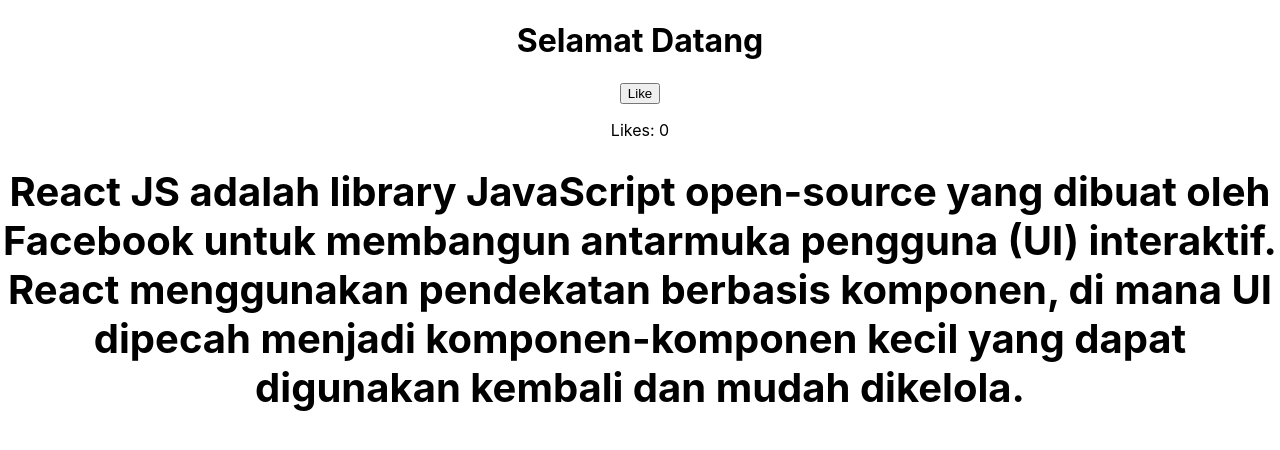
Repository: mfarhannr/Farhan_Quiz_ReactJS
Page: /
The author's editor kept a copy of each file at every save. The page is drawn from the files as they stood at one save, then again after the next save.
The browser window is 1280 px wide. The pictures show the whole page.
The project was rebuilt for these pictures with package versions that can differ from the ones it lists, and the page was loaded fresh each time.

Above is the page before, as saved 2024-05-17 14:33:20.

After the next save:
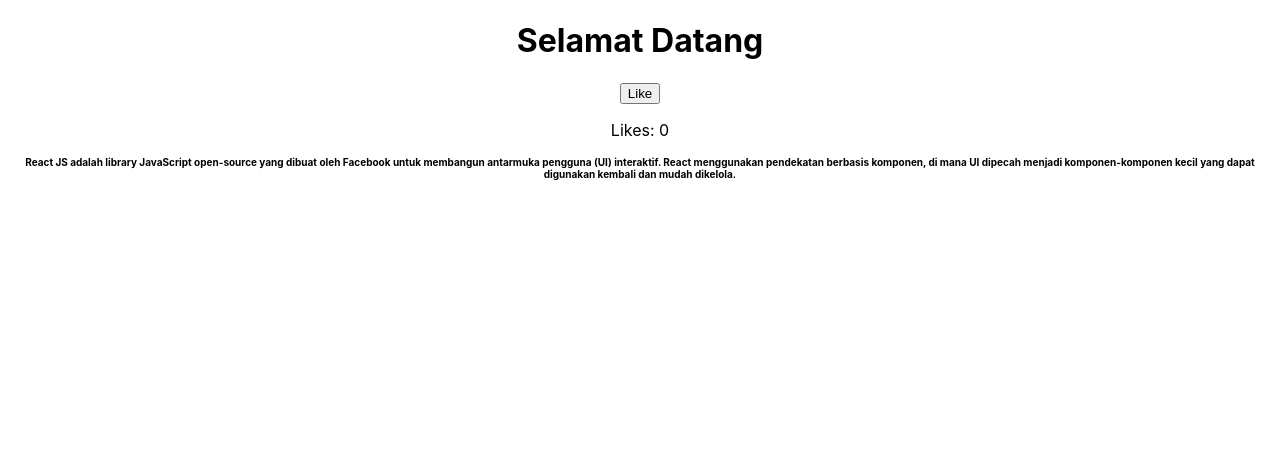
Saved 9 s later.
--- a/src/App.css
+++ b/src/App.css
@@ -3,7 +3,7 @@
 }
 
 .desc {
-  font-size: 20px;
+  font-size: 5px;
 }
 .App-logo {
   height: 40vmin;

After the save that followed:
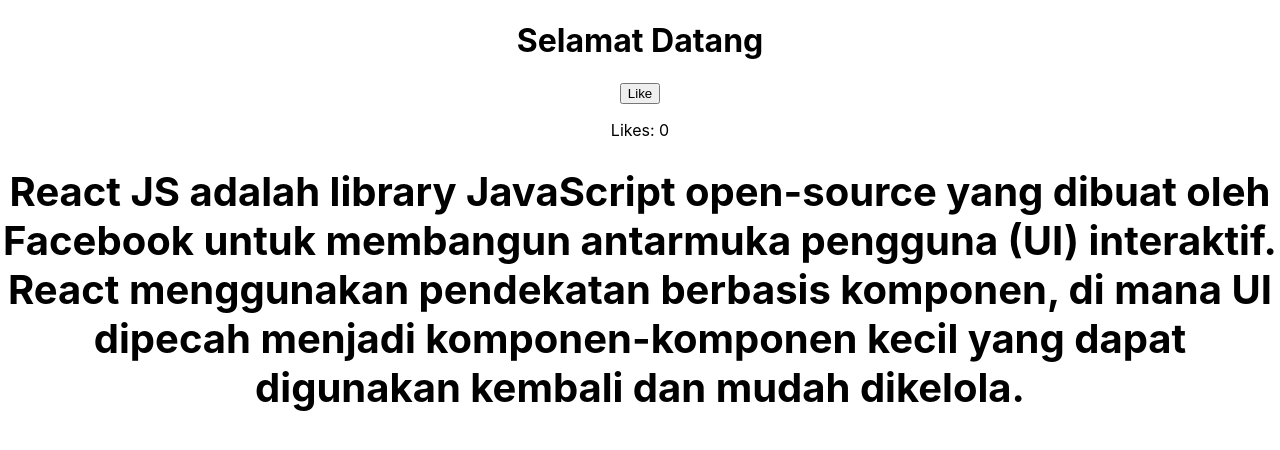
Saved 6 s later.
--- a/src/App.css
+++ b/src/App.css
@@ -3,7 +3,7 @@
 }
 
 .desc {
-  font-size: 5px;
+  font-size: 20px;
 }
 .App-logo {
   height: 40vmin;
